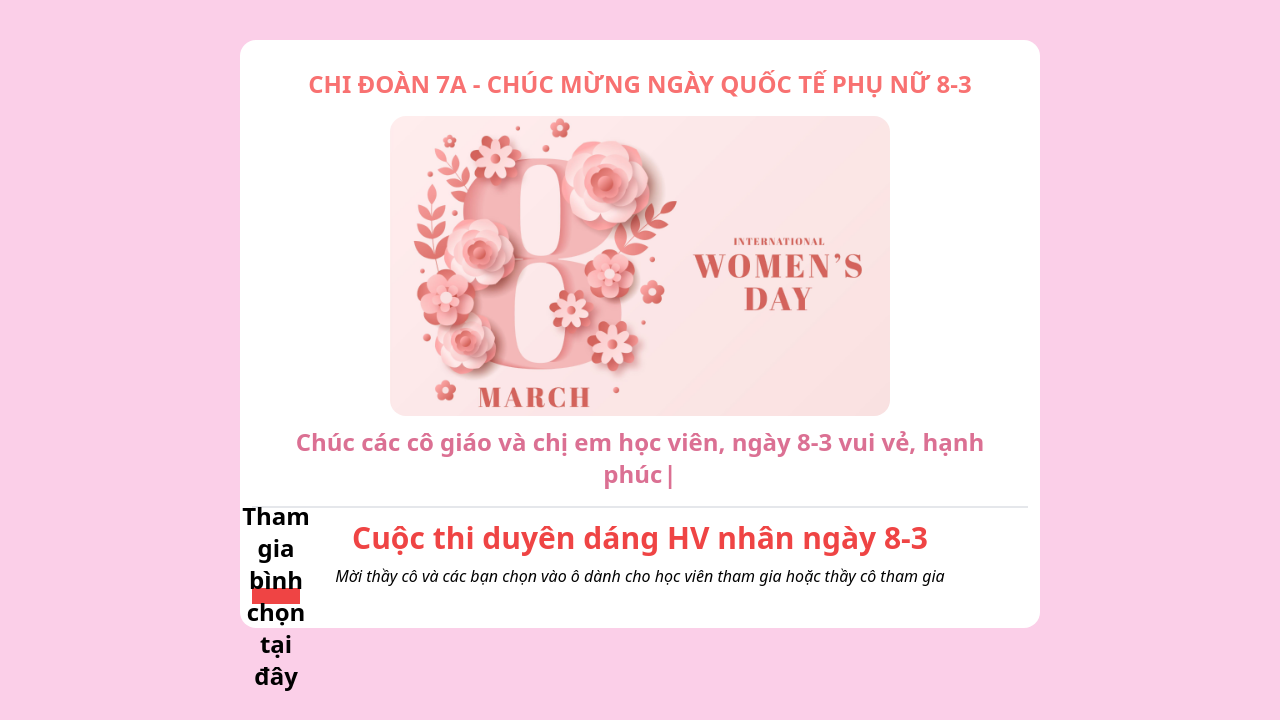
Repository: hoang0508/web-837A
Page: /
An editor plug-in stored every save of this project. The page is shown before and after the next save, followed by the edit.
The browser window is 1280 px wide. The pictures show the whole page.
Some web fonts or font styles are not loaded; a fallback is used. The project was rebuilt for these pictures with package versions that can differ from the ones it lists, and the page was loaded fresh each time. Also part of the build but not shown: vite.config.js.

Above is the page before, as saved 2025-02-28 19:29:34.

After the next save:
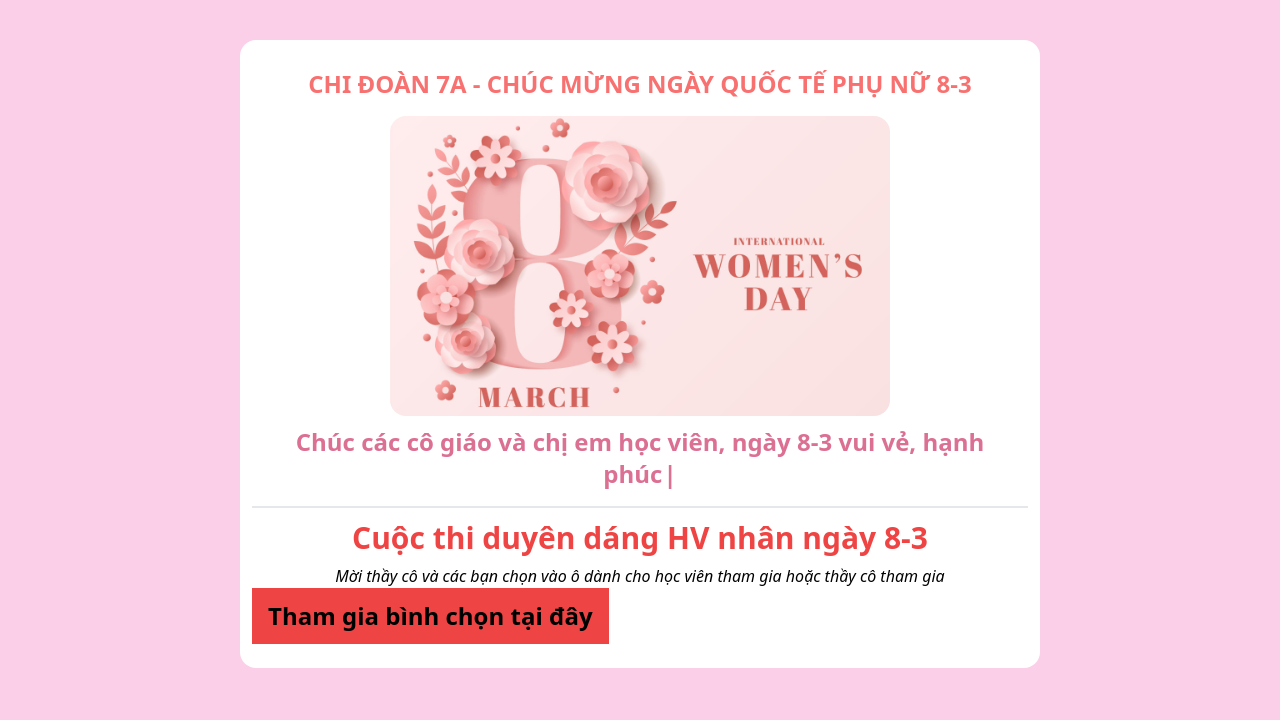
Saved 85 s later.
--- a/src/App.jsx
+++ b/src/App.jsx
@@ -42,7 +42,7 @@ function App() {
               Mời thầy cô và các bạn chọn vào ô dành cho học viên tham gia hoặc
               thầy cô tham gia
             </p>
-            <button className="flex justify-center items-center w-12 h-4 bg-red-500">
+            <button className="flex justify-center items-center py-3 px-4 bg-red-500">
               Tham gia bình chọn tại đây
             </button>
           </div>
